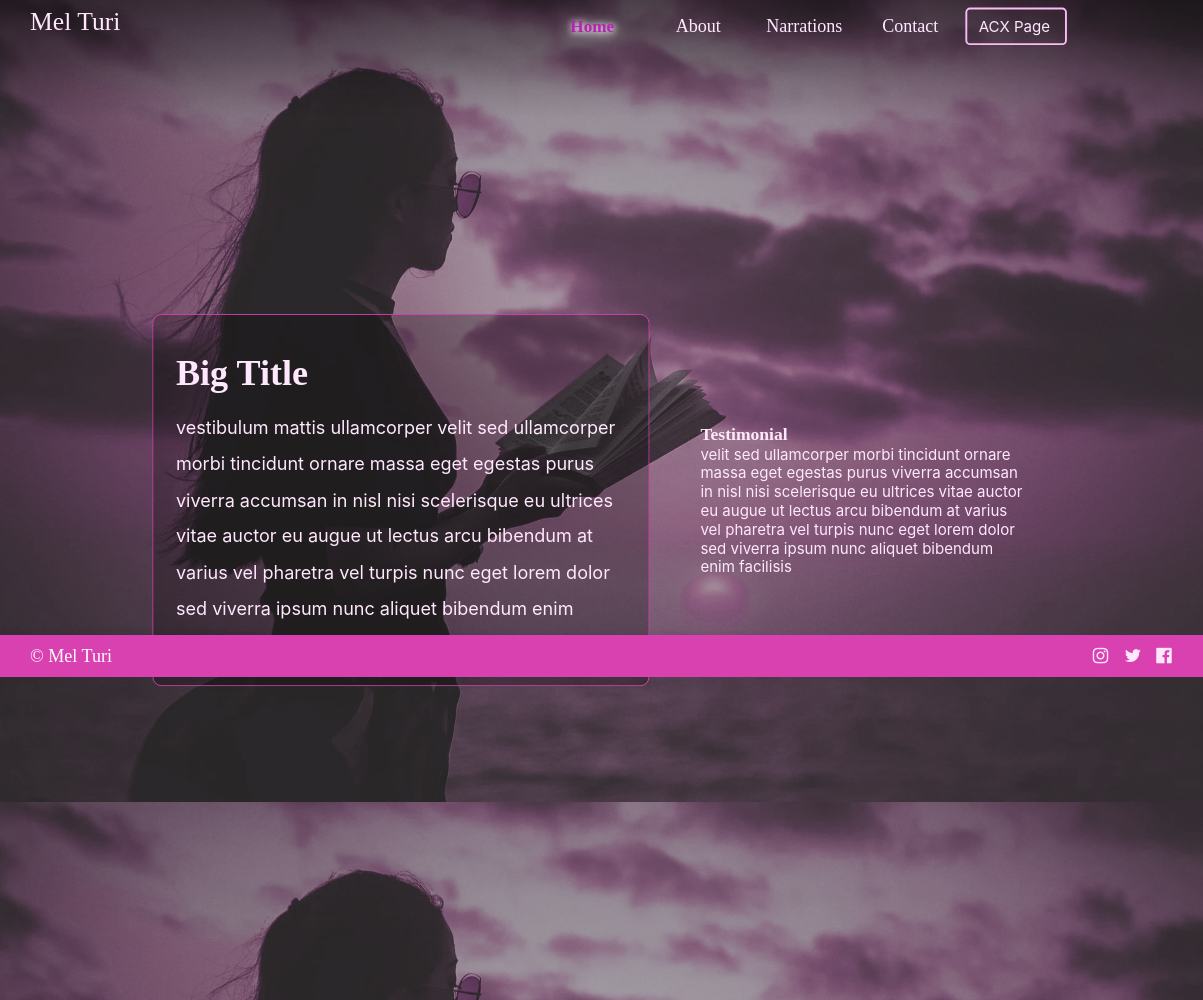
Repository: mel-turi/mel-turi-website
Page: /
An editor plug-in stored every save of this project. The page is shown before and after the next save, followed by the edit.
The browser window is 1280 px wide. The pictures show the whole page, at 94% of full size.
Backgrounds fixed to the window are drawn as part of the page. Some web fonts or font styles are not loaded; a fallback is used. The project was rebuilt for these pictures with package versions that can differ from the ones it lists, and the page was loaded fresh each time. Also part of the build but not shown: src/About.jsx, src/Narrations.jsx, src/Contact.jsx.

Above is the page before, as saved 2019-08-25 20:23:23.

After the next save:
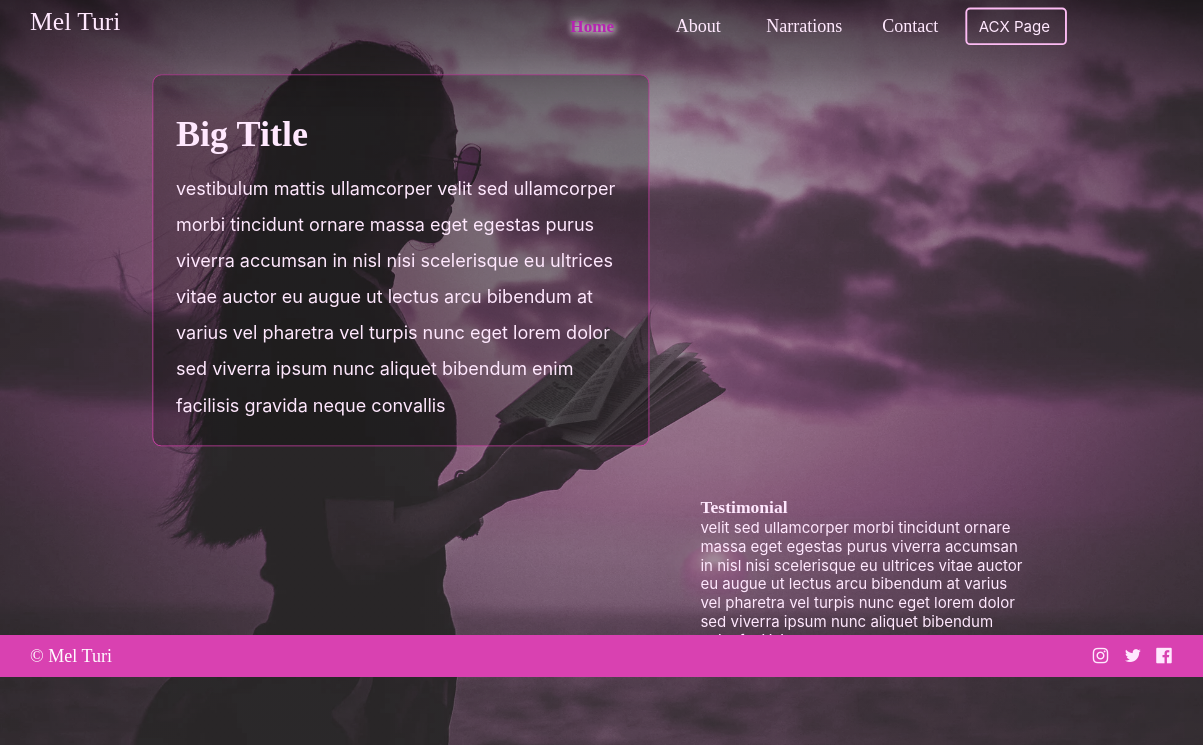
Saved 2 min 37 s later.
--- a/src/index.css
+++ b/src/index.css
@@ -138,12 +138,12 @@ a:hover,
 .home {
   display: grid;
   grid-template-columns: 1.25fr 5fr 3.75fr 1.25fr;
-  grid-template-rows: 1fr 2fr 1fr;
+  grid-template-rows: 2fr;
   grid-gap: 30px;
 }
 .card-1 {
   grid-column: 2 / span 1;
-  grid-row: 2 / span 1;
+  grid-row: 1 / span 1;
   display: flex;
   flex-direction: column;
   justify-content: space-around;
